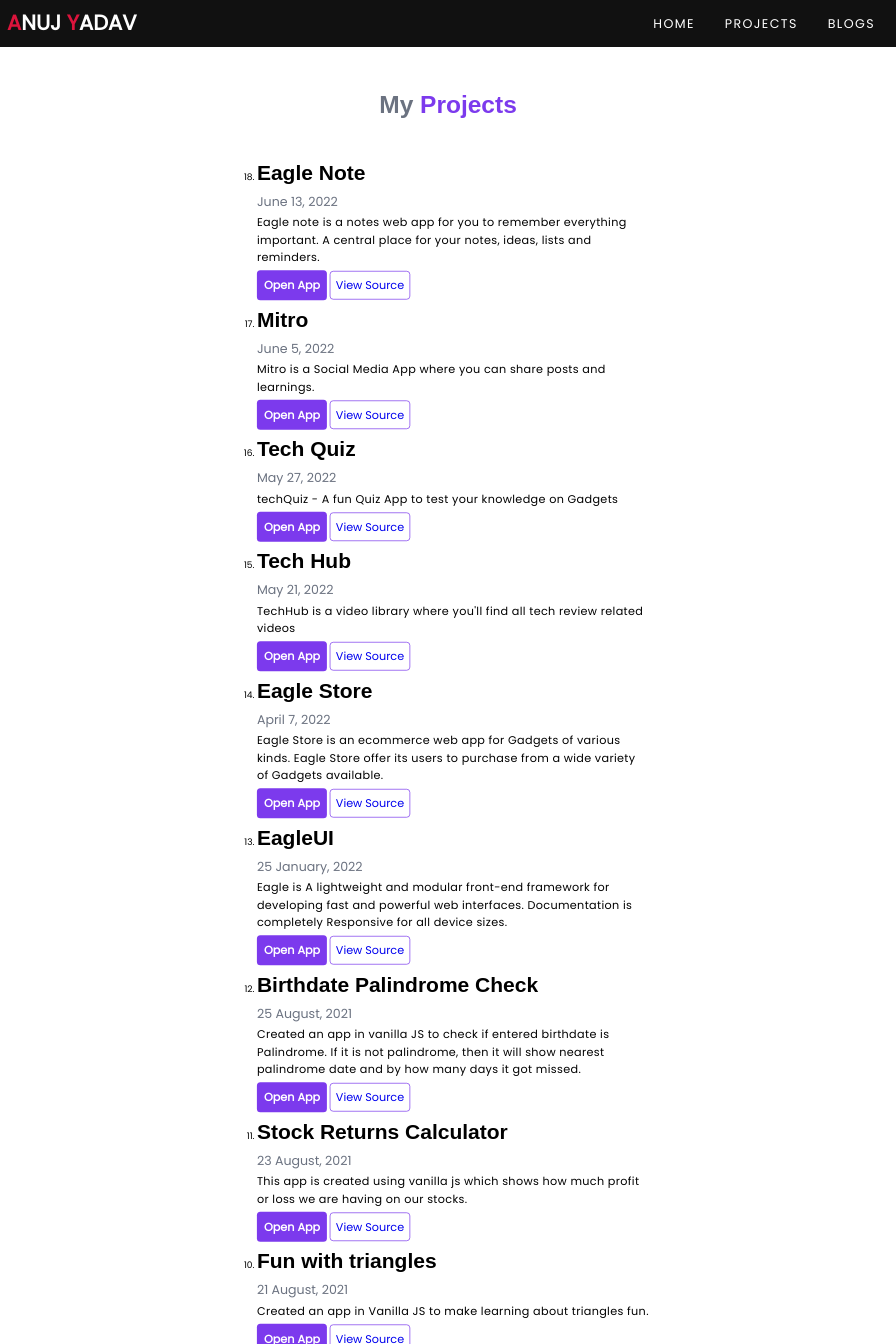
Repository: anuj-kumary/Portfolio
Page: project.html
The author's editor kept a copy of each file at every save. The page is drawn from the files as they stood at one save, then again after the next save.
The browser window is 1280 px wide. The pictures show the part of the page from y = 0 to 1920 px (the page is 4026 px tall before and 4246 px after), at 70% of full size.

Above is the page before, as saved 2022-11-12 10:38:57.

After the next save:
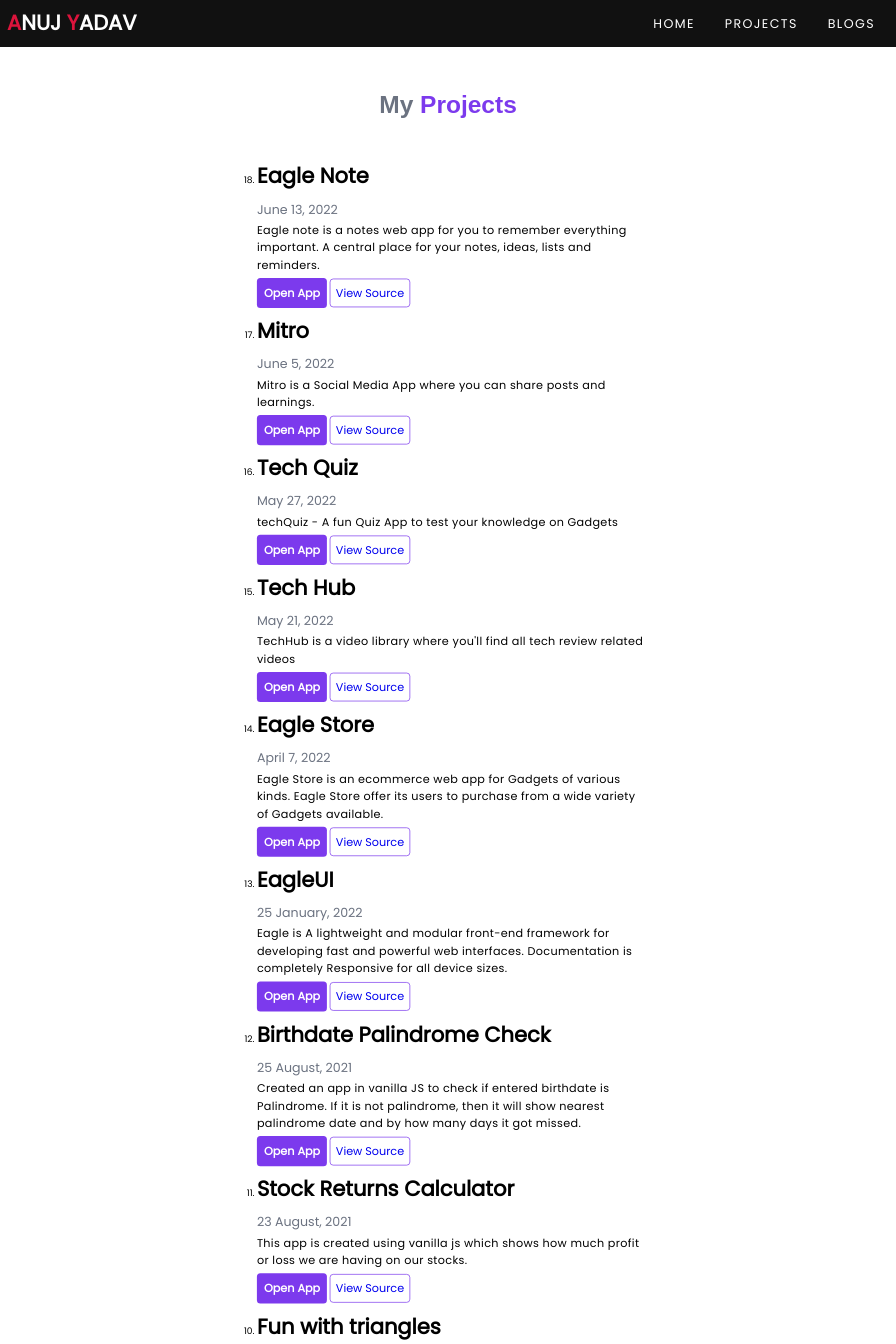
Saved 75 s later.
--- a/style.css
+++ b/style.css
@@ -709,7 +709,7 @@ ul.skills-list li::before {
 	font-weight: 600;
 	margin-bottom: 1rem;
 	color: var(--moreDarkGray);
-	font-family: 'Montserrat', sans-serif;
+	font-family: 'Poppins', sans-serif;
 }
 
 .article time {
